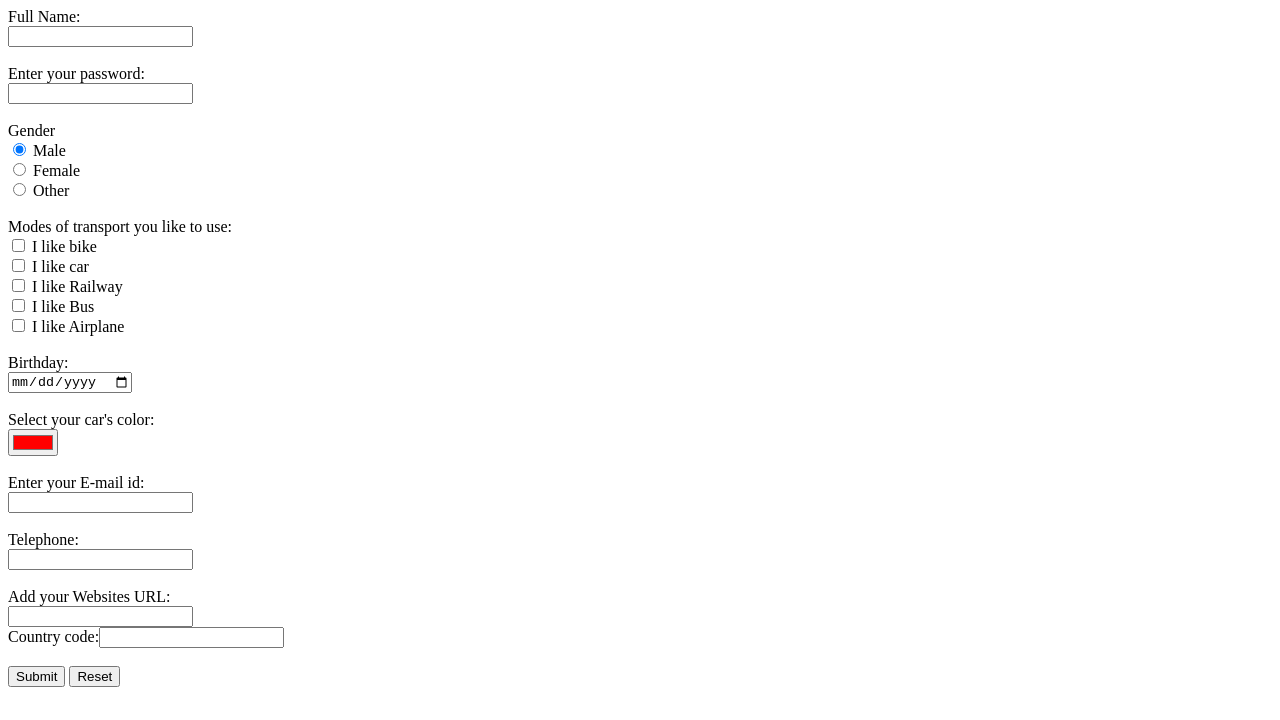
Repository: AdityaParashar93/Homework1_CMPE273
Page: CMPE273/Refresher_JS/WebContent/InputTypes.html
An editor plug-in stored every save of this project. The page is shown before and after the next save, followed by the edit.
The browser window is 1280 px wide. The pictures show the whole page.

Above is the page before, as saved 2016-09-16 06:28:42.

After the next save:
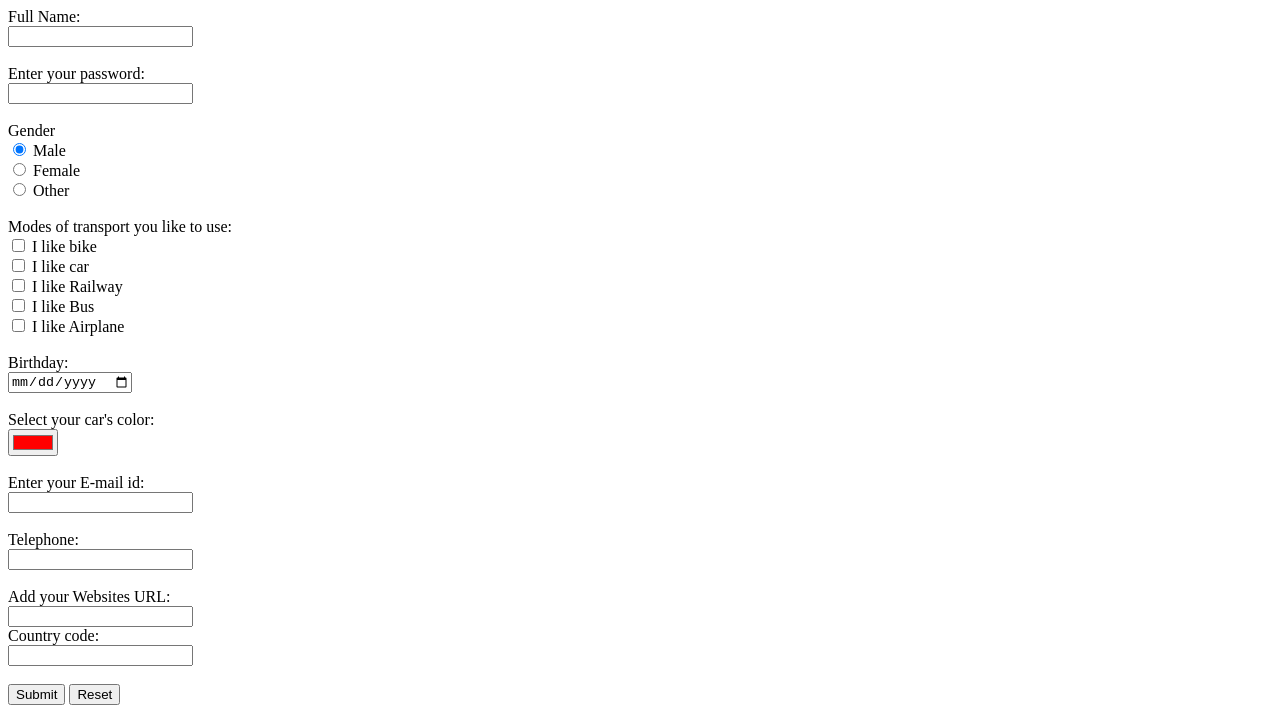
Saved 93 s later.
--- a/CMPE273/Refresher_JS/WebContent/InputTypes.html
+++ b/CMPE273/Refresher_JS/WebContent/InputTypes.html
@@ -30,9 +30,10 @@ Telephone:<br>
 <input type="tel" name="usrtel"><br><br>
 Add your Websites URL:<br>
 <input type="url" name="homepage"><br>
-Country code:<input type="text" name="country_code" pattern="[A-Za-z]{3}" title="Three letter country code"><br><br>
- <input type="submit" value="Submit">
-  <input type="reset"><br>
+Country code:<br>
+<input type="text" name="country_code" pattern="[A-Za-z]{3}" title="Three letter country code"><br><br>
+<input type="submit" value="Submit">
+<input type="reset"><br>
 </form>
 </body>
 </html>
